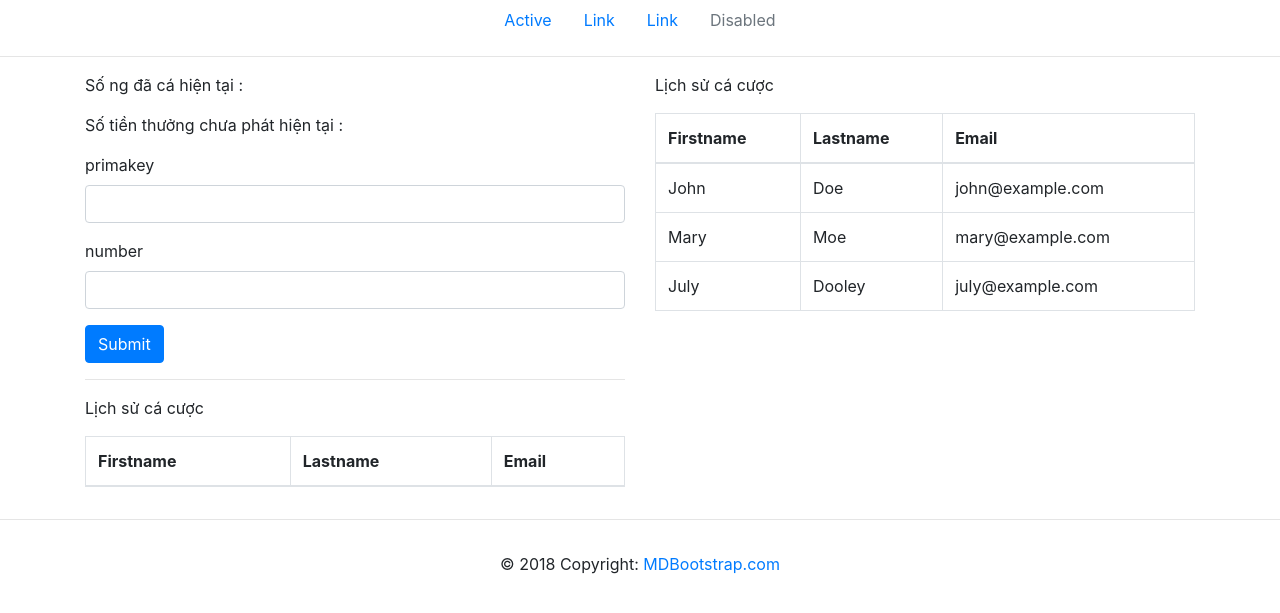
Repository: tienvins/vinsofts-blockchain-training-Oct2018
Page: views/home/index.ejs
The author's editor kept a copy of each file at every save. The page is drawn from the files as they stood at one save, then again after the next save.
The browser window is 1280 px wide. The pictures show the whole page.
The page is served by the project's Node server (index.js). Other server files are loaded and not shown. The template is opened directly, without the code that normally fills it, so the values that code supplies are empty.

Above is the page before, as saved 2018-11-06 10:58:09.

### tunglt/dappbetting/views/home/index.ejs
<% include ../layouts/header.ejs %>
<!-- Header End -->
<hr>
<div class="container">
  <div class="row">
    <div class="col-md-6">
      <p>Số  ng đã cá hiện tại : <%=songchoi%></p>
      <p>Số  tiền thưởng chưa phát hiện tại : <%=sotiendangcon%></p>
      <form method="POST" action="transfer">
        <div class="form-group">
          <label>primakey</label>
          <input type="text" class="form-control" name="privatekey">
        </div>
        <div class="form-group">
          <label>number</label>
          <input type="number" class="form-control" name="money">
        </div>
        <button type="submit" class="btn btn-primary">Submit</button>
      </form>
      <hr>

      <p>Lịch sử cá cược</p>
      <table class="table table-bordered">
        <thead>
          <tr>
            <th>Firstname</th>
            <th>Lastname</th>
            <th>Email</th>
          </tr>
        </thead>
        <tbody>
          <% historys.forEach(function(history){ var id = 0; %>
          <tr>
            <td><%=history[0]%></td>
            <td>Doe</td>
            <td>john@example.com</td>
          </tr>
          <% })%>
        </tbody>
      </table>
    </div>
    <div class="col-md-6">
      <p>Lịch sử cá cược</p>
      <table class="table table-bordered">
        <thead>
          <tr>
            <th>Firstname</th>
            <th>Lastname</th>
            <th>Email</th>
          </tr>
        </thead>
        <tbody>
          <tr>
            <td>John</td>
            <td>Doe</td>
            <td>john@example.com</td>
          </tr>
          <tr>
            <td>Mary</td>
            <td>Moe</td>
            <td>mary@example.com</td>
          </tr>
          <tr>
            <td>July</td>
            <td>Dooley</td>
            <td>july@example.com</td>
          </tr>
        </tbody>
      </table>
    </div>
  </div>
</div>
<hr>
<!-- Footer -->
<% include ../layouts/footer.ejs %>

### tunglt/dappbetting/views/layouts/header.ejs
<!DOCTYPE html>
<html lang="en">
<head>
<meta charset="utf-8">
<title>SimpleOne - A Responsive Html5 Ecommerce Template</title>
<meta name="viewport" content="width=device-width, initial-scale=1.0">
<meta name="description" content="">
<meta name="author" content="">
<link rel="stylesheet" href="https://stackpath.bootstrapcdn.com/bootstrap/4.1.3/css/bootstrap.min.css" integrity="sha384-MCw98/SFnGE8fJT3GXwEOngsV7Zt27NXFoaoApmYm81iuXoPkFOJwJ8ERdknLPMO" crossorigin="anonymous">

<!-- HTML5 shim, for IE6-8 support of HTML5 elements -->
<!--[if lt IE 9]>
      <script src="http://html5shim.googlecode.com/svn/trunk/html5.js"></script>
    <![endif]-->
<!-- fav -->
<link rel="shortcut icon" href="assets/ico/favicon.html">
</head>
<body>
<!-- Header Start -->
<ul class="nav justify-content-center">
  <li class="nav-item">
    <a class="nav-link active" href="#">Active</a>
  </li>
  <li class="nav-item">
    <a class="nav-link" href="#">Link</a>
  </li>
  <li class="nav-item">
    <a class="nav-link" href="#">Link</a>
  </li>
  <li class="nav-item">
    <a class="nav-link disabled" href="#">Disabled</a>
  </li>
</ul>

### tunglt/dappbetting/views/layouts/footer.ejs
<!-- Footer -->
<footer class="page-footer font-small blue">

  <!-- Copyright -->
  <div class="footer-copyright text-center py-3">© 2018 Copyright:
    <a href="https://mdbootstrap.com/bootstrap-tutorial/"> MDBootstrap.com</a>
  </div>
  <!-- Copyright -->

</footer>
<!-- Footer -->
<!-- javascript
    ================================================== -->
<!-- Placed at the end of the document so the pages load faster -->
<script src="https://cdnjs.cloudflare.com/ajax/libs/jquery/3.3.1/jquery.min.js"></script>

<script src="https://code.jquery.com/jquery-3.3.1.slim.min.js" integrity="sha384-q8i/X+965DzO0rT7abK41JStQIAqVgRVzpbzo5smXKp4YfRvH+8abtTE1Pi6jizo" crossorigin="anonymous"></script>
<script src="https://cdnjs.cloudflare.com/ajax/libs/popper.js/1.14.3/umd/popper.min.js" integrity="sha384-ZMP7rVo3mIykV+2+9J3UJ46jBk0WLaUAdn689aCwoqbBJiSnjAK/l8WvCWPIPm49" crossorigin="anonymous"></script>
<script src="https://stackpath.bootstrapcdn.com/bootstrap/4.1.3/js/bootstrap.min.js" integrity="sha384-ChfqqxuZUCnJSK3+MXmPNIyE6ZbWh2IMqE241rYiqJxyMiZ6OW/JmZQ5stwEULTy" crossorigin="anonymous"></script>
</body>
</html>

### tunglt/dappbetting/index.js
const express  = require('express');
var path       = require('path');
const app      = express();
const bodyParser = require('body-parser');
app.use(bodyParser.urlencoded({ extended: false }));


app.listen(3000, () => console.log('Example app listening on port 3000!'))

app.use(express.static(path.join(__dirname, 'public')));
app.set('views', path.join(__dirname, 'views'));
app.set('view engine', 'ejs');

var index = require('./routes/index');
app.use('/',index);

After the next save:
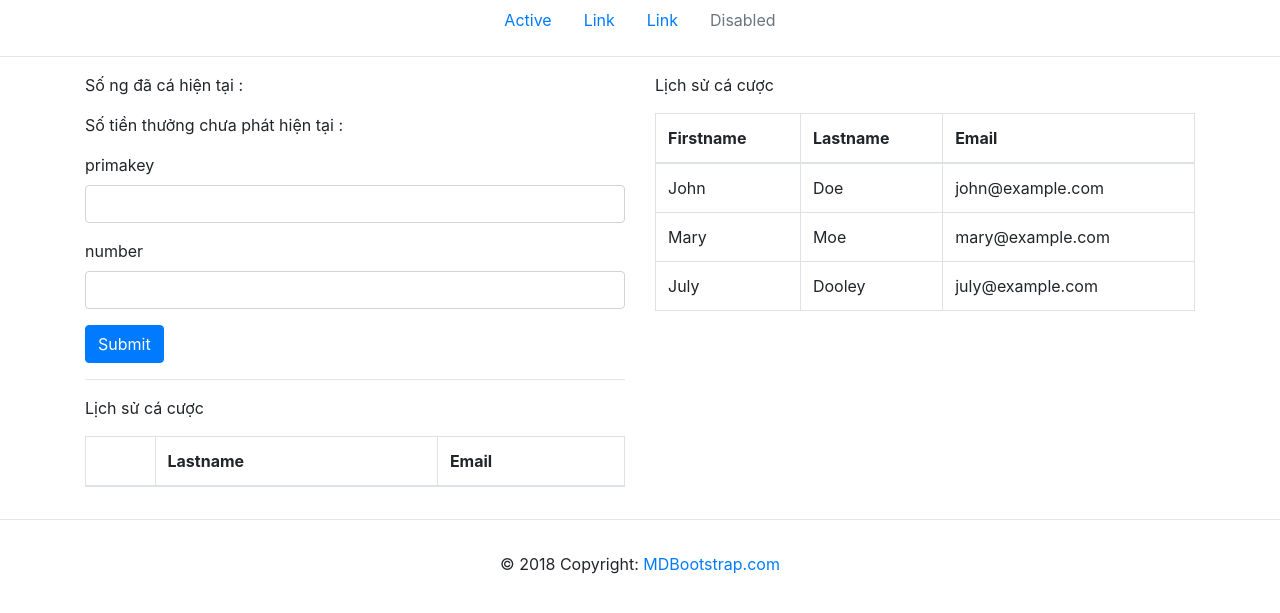
Saved 6 s later.
--- a/tunglt/dappbetting/views/home/index.ejs
+++ b/tunglt/dappbetting/views/home/index.ejs
@@ -23,7 +23,7 @@
       <table class="table table-bordered">
         <thead>
           <tr>
-            <th>Firstname</th>
+            <th><address></address></th>
             <th>Lastname</th>
             <th>Email</th>
           </tr>
